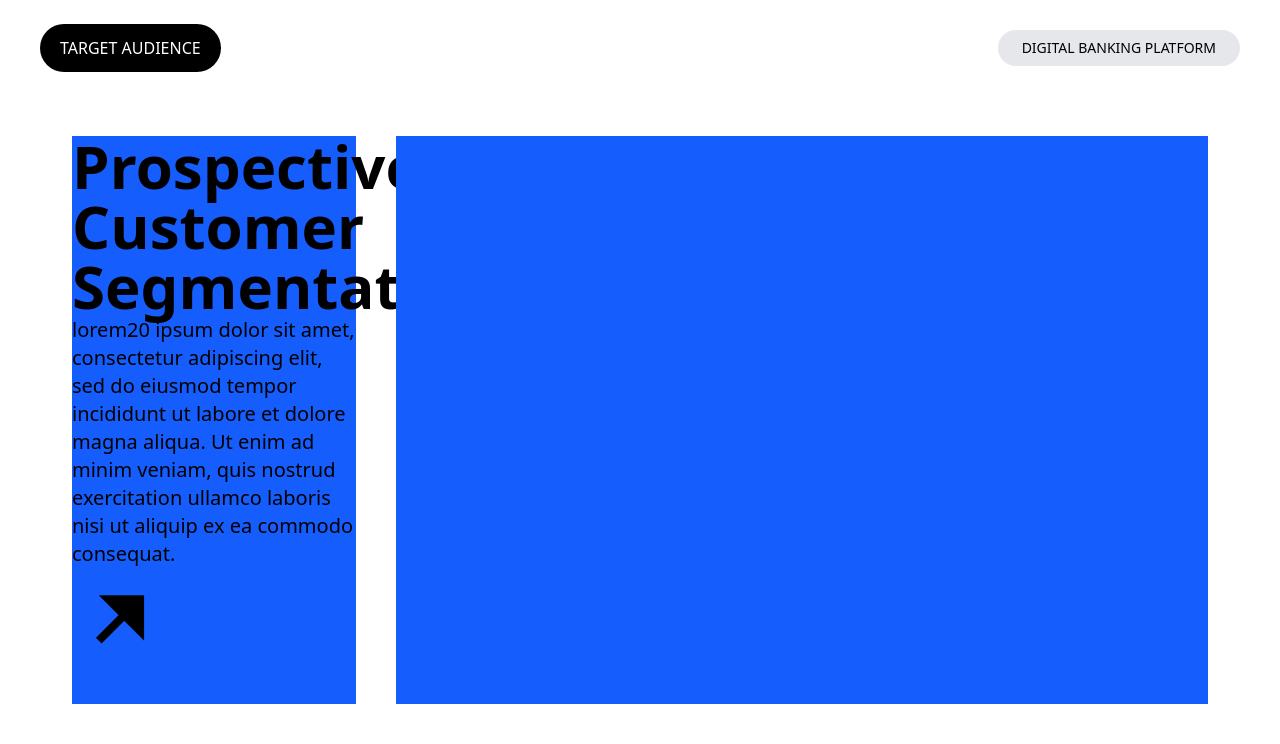
Repository: Mohitkumar1322/ReactTut
Page: / (app in projectSher1/)
An editor plug-in stored every save of this project. The page is shown before and after the next save, followed by the edit.
The browser window is 1280 px wide. The pictures show the whole page.
The project was rebuilt for these pictures with package versions that can differ from the ones it lists, and the page was loaded fresh each time. Also part of the build but not shown: projectSher1/vite.config.js.

Above is the page before, as saved 2025-11-16 14:08:54.

### projectSher1/src/App.jsx
import React from 'react'
import Section1 from './components/Section1/Section1'
import Section2 from './components/Section2/Section2'

export default function App() {
  return (
    <div>
      <Section1 />
      <Section2 />
    </div>
  )
}

### projectSher1/src/components/Section1/Section1.jsx
import React from 'react'
import Navbar from './Navbar'
import Page1Content from './Page1Content'

const Section1 = () => {
  return (
    <div>
      <Navbar />
      <Page1Content />
    </div>
  )
}

export default Section1

### projectSher1/src/components/Section2/Section2.jsx
import React from 'react'

const Section2 = () => {
  return (
    <div >


    </div>
  )
}

export default Section2

### projectSher1/src/components/Section1/Navbar.jsx
import React from 'react'

const Navbar = () => {
  return (
    <div className='flex justify-between items-center py-6 px-10 '>
        <h4 className='bg-black text-white px-5 py-3 uppercase rounded-full '>Target Audience</h4>
        <button className='bg-gray-200 px-6 py-2 uppercase rounded-full text-sm'> Digital Banking Platform</button>

    </div>
  )
}

export default Navbar

### projectSher1/src/components/Section1/Page1Content.jsx
import React from 'react'
import LeftContent from './LeftContent'
import RightContent from './RightContent'

const Page1Content = () => {
  return (
    <div className='py-10 flex items-center gap-10 justify-between px-18 h-[90vh] '>

      <LeftContent />
      <RightContent />

    </div>
  )
}

export default Page1Content

### projectSher1/src/components/Section1/LeftContent.jsx
import React from 'react'

const LeftContent = () => {
  return (
    <div className='h-full w-1/4 bg-blue-600  '>
      <div >
        <h3 className='text-6xl font-bold'>
            Prospective<br></br> <span>Customer</span> <br />Segmentation
        </h3>
        <p className='text-xl'>lorem20
            ipsum dolor sit amet, consectetur adipiscing elit, sed do eiusmod tempor incididunt ut labore et dolore magna aliqua. Ut enim ad minim veniam, quis nostrud exercitation ullamco laboris nisi ut aliquip ex ea commodo consequat.
        </p>
      </div>
      <div className='text-8xl'>
        <i className="ri-arrow-right-up-fill"></i>
      </div>
    </div>
  )
}

export default LeftContent

### projectSher1/src/components/Section1/RightContent.jsx
import React from 'react'
import 'remixicon/fonts/remixicon.css';

const RightContent = () => {
  return (
    <div className='h-full w-3/4 bg-blue-600'>

    </div>
  )
}

export default RightContent

Loaded but not shown: projectSher1/index.html (common file); projectSher1/src/main.jsx (common file); projectSher1/src/index.css (common file)

After the next save:
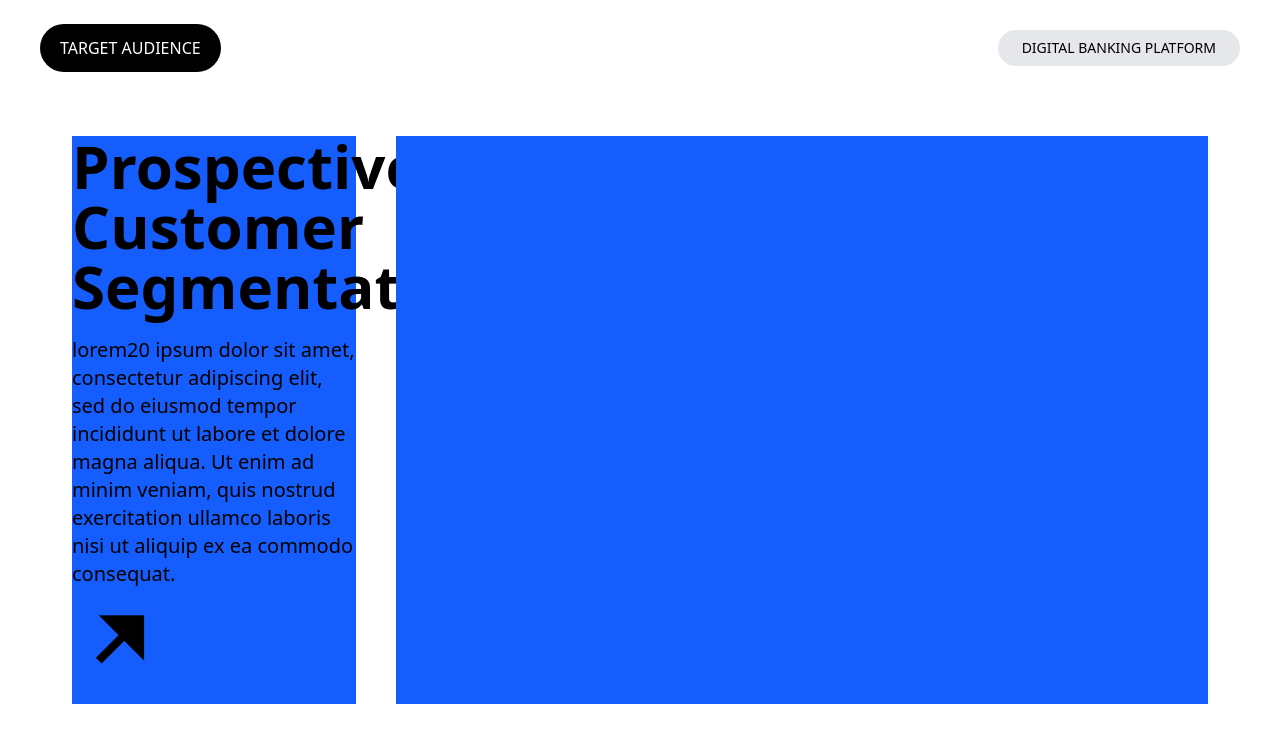
Saved 13 s later.
--- a/projectSher1/src/components/Section1/LeftContent.jsx
+++ b/projectSher1/src/components/Section1/LeftContent.jsx
@@ -4,7 +4,7 @@ const LeftContent = () => {
   return (
     <div className='h-full w-1/4 bg-blue-600  '>
       <div >
-        <h3 className='text-6xl font-bold'>
+        <h3 className='mb-5 text-6xl font-bold'>
             Prospective<br></br> <span>Customer</span> <br />Segmentation
         </h3>
         <p className='text-xl'>lorem20
